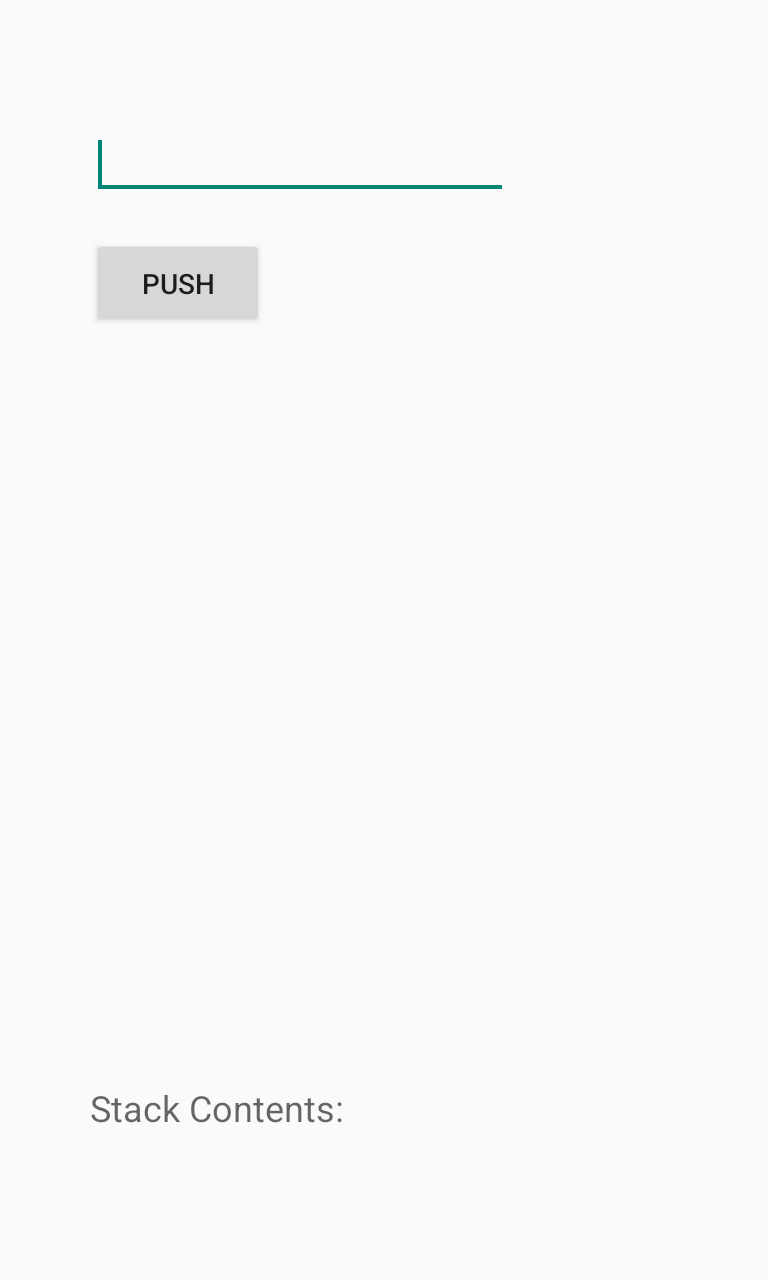
Repository: CSUFjogvargas7/StackApp
Layout: WorkSpace Eclipse/stackapp/res/layout/activity_stack_app.xml
The author's editor kept a copy of each file at every save. The layout is drawn from the files as they stood at one save, then again after the next save.
It is drawn on a 768 x 1280 px phone screen (xhdpi) without system bars, with theme AppTheme; the app's code is not run. The app's manifest (not shown) leaves right-to-left support off. So textAlignment, textDirection and layoutDirection are ignored, and left and right values win over start and end ones.

Above is the layout before, as saved 2015-09-10 18:51:17.

After the next save:
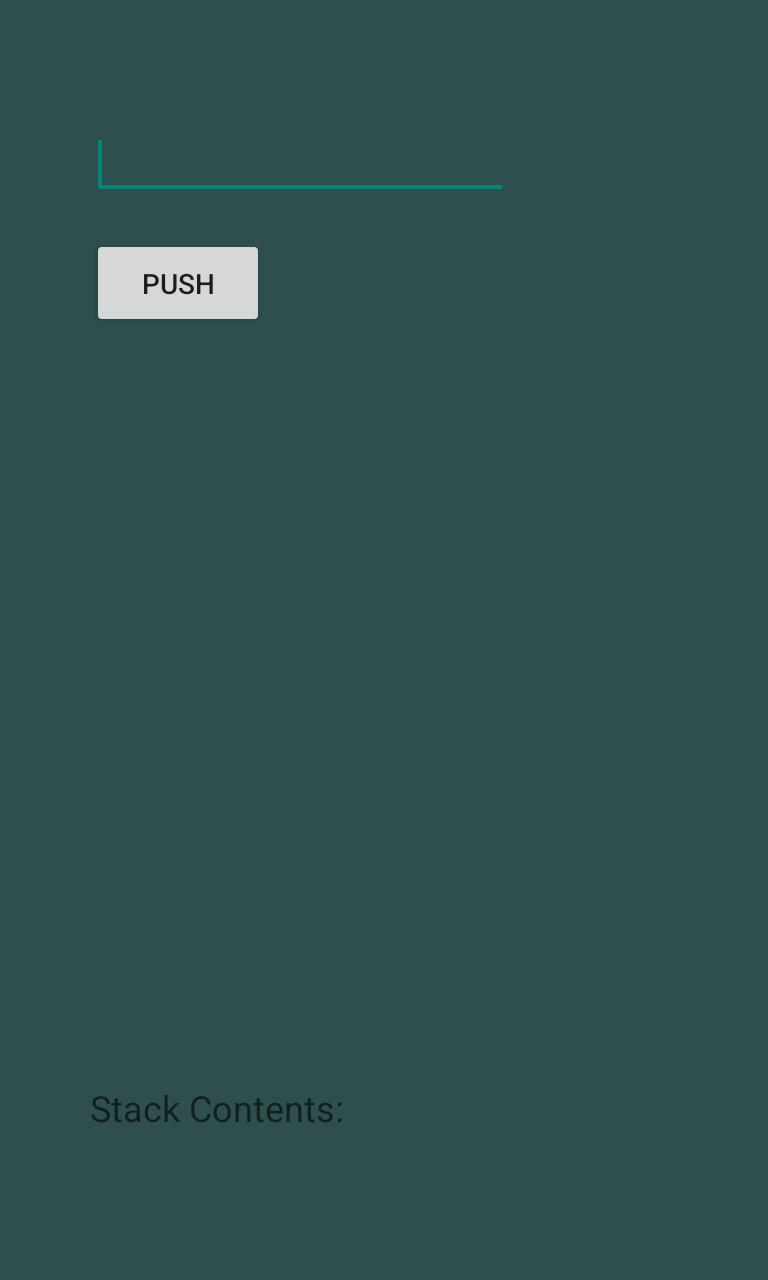
Saved 103 s later.
--- a/WorkSpace Eclipse/stackapp/res/layout/activity_stack_app.xml
+++ b/WorkSpace Eclipse/stackapp/res/layout/activity_stack_app.xml
@@ -6,6 +6,7 @@
     android:paddingLeft="@dimen/activity_horizontal_margin"
     android:paddingRight="@dimen/activity_horizontal_margin"
     android:paddingTop="@dimen/activity_vertical_margin"
+    android:background="@color/green"
     tools:context="com.mugwumps.stackapp.StackApp" >
 
    <TextView
